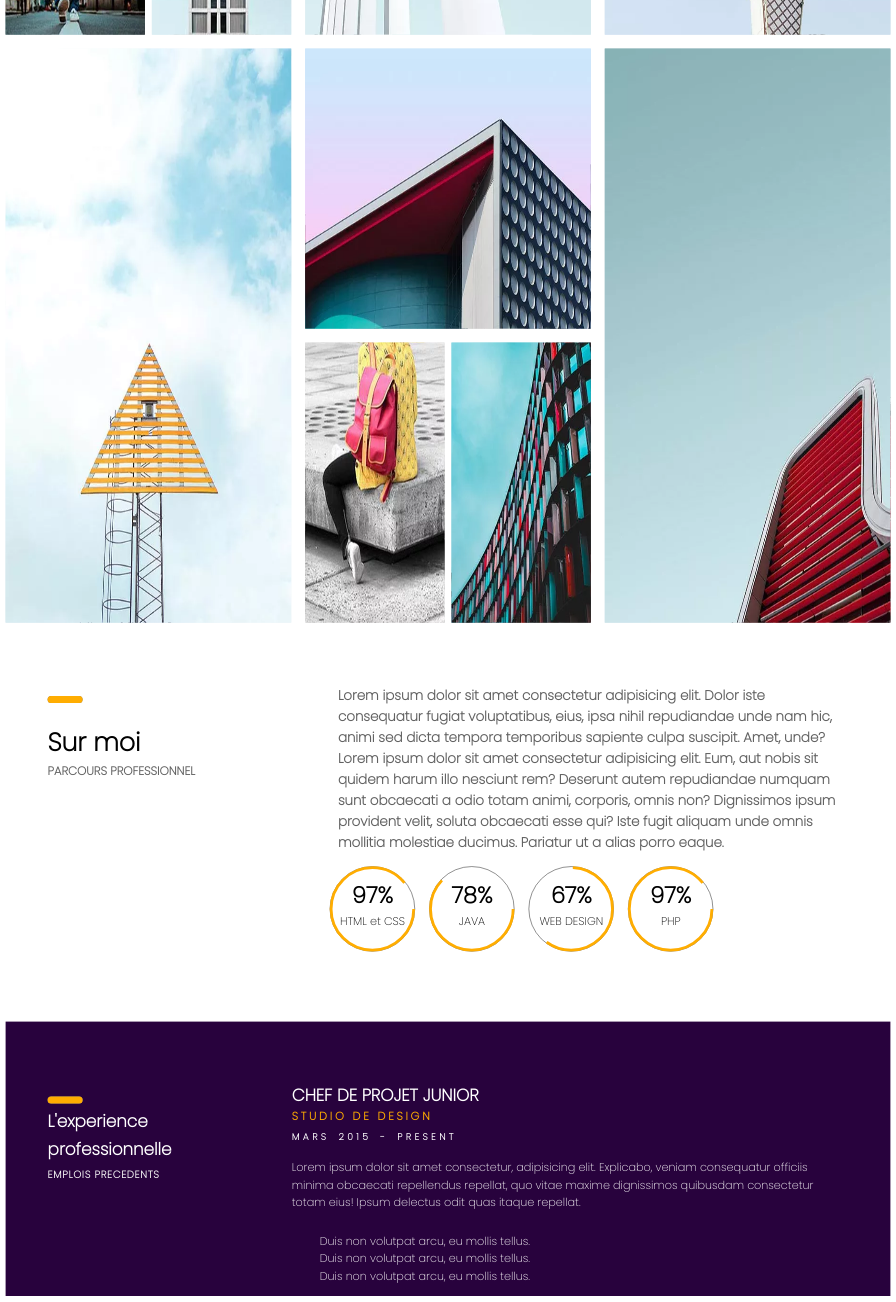
Repository: wadelfadill/CV_PORTFOLIO
Page: index.html
These files come from the project's save history. The page is drawn as it stood at one moment and after the next save; the edit follows.
The browser window is 1280 px wide. The pictures show the part of the page from y = 1798 to 3718 px (the page is 3658 px tall before and 3718 px after), at 70% of full size.
Some icons come from a web library that is not loaded, so they are not drawn. Backgrounds fixed to the window are drawn as part of the page.

Above is the page before, as saved 2023-03-16 12:02:24.

### index.html
<!DOCTYPE html>
<html lang="fr">
<head>
    <meta charset="UTF-8">
    <meta http-equiv="X-UA-Compatible" content="IE=edge">
    <meta name="viewport" content="width=device-width, initial-scale=1.0">
    <title>CV - Portfolio</title>
    <link rel="stylesheet" href="style.css">
    <link rel="stylesheet" href="path/to/font-awesome/css/font-awesome.min.css">
    <link href="/fontawesome/css/all.css" rel="stylesheet">
    <link href="/fontawesome/css/fontawesome.css" rel="stylesheet">
    <link href="/fontawesome/css/brands.css" rel="stylesheet">
    <link href="/fontawesome/css/solid.css" rel="stylesheet">
    <link rel="stylesheet" href="/fontawesome/css/regular.css">
    <link rel="preconnect" href="https://fonts.googleapis.com">
    <link rel="stylesheet" href="/fontawesome/css/all.min.css">
    <link rel='stylesheet' href='https://cdn-uicons.flaticon.com/uicons-brands/css/uicons-brands.css'>
    <link rel="stylesheet" href="https://cdn-uicons.flaticon.com/uicons-regular-straight/css/uicons-regular-straight.css">
<link rel="preconnect" href="https://fonts.gstatic.com" crossorigin>
<link href="https://fonts.googleapis.com/css2?family=Manrope&family=Montserrat&family=Poppins:wght@200&family=Roboto&display=swap" rel="stylesheet">
</head>
<body>
    <header>
        <div class="head">
            <div class="address">
                <div class="add-1">
                    <div class="add-icone"><i class="fi fi-rs-marker"></i></div>
                    <div class="add-text">3008, promenade Sarah <br> Franklin, LA 70538</div>
                </div>
                <div class="add-1">
                    <div class="add-icone"><i class="fi fi-rs-phone-call"></i></div>
                    <div class="add-text">337-4139538 <br> MIN - VEN, 8 AM - 19 PM</div>
                </div>
                <div class="add-1">
                    <div class="add-icone"><i class="fi fi-rs-messages"></i></div>
                    <div class="add-text">contact@gmail.com <br>REPONSE EN 24 HEURES</div>
                </div>
            </div>
            <div class="download">
                <a href="#" class="button">Telecharger CV</a>
            </div>
        </div>
        <div class="head_2">
           <div class="presentation">
            <div class="img">
                <img src="images/profile.jpg" alt="profile" class="profil">
                <h2>Michel SMith</h2>
                <h3 >Responsable d'Affaires</h3>
            </div>
            <div class="rest">
                <ul>
                    <li><b>NE :</b> 25 aout 1985</li>
                    <li class="courriel"><b>COURRIEL :</b> mymith@mywebpage.com</li>
                    <li><b>ETAT CIVIL :</b> Marie</li>
                </ul>
            </div>
            <div class="social">
                <ul class="social-reseau">
                    <li><a href=""><i class="fi fi-brands-pinterest"></i></a></li>
                    <li><a href=""><i class="fi fi-brands-linkedin"></i></a></li>
                    <li><a href=""><i class="fi fi-brands-instagram"></i></a></li>
                    <li><a href=""><i class="fi fi-brands-facebook"></i></a></li>
                    <li><a href=""><i class="fi fi-brands-twitter"></i></a></li>
                </ul>
            </div>

           </div>
        </div>
    </header>
    <main>
        <div class="portfolio">
            <div class="head-portfolio">
                <div class="title-portfolio">
                    <progress value="100" max="100" class="progress"></progress>
                    <h2>Portfolio</h2>
                    <h5>MON TRAVAIL</h5>
                </div>
                <div class="album-link" id="grid">
                    <a href="#grid"><b>TOUT</b></a>
                    <a href="#grid" class="web-link"><b>CREATION DE SITES WEB</b></a>
                    <a href="#grid"><b>L'IMAGE DE MARQUE</b></a>
                    <a href="#grid"><b>CONCEPTION GRAPHIQUE</b></a>
                </div>
            </div>
            <div class="grid">
                <div class="elem one web"><a href="images/portfolio_1.jpg"><img src="images/portfolio_1.jpg" alt=""></a></div>
                <div class="elem two"><a href="images/portfolio_2.jpg"> <img src="images/portfolio_2.jpg" alt=""></a></div>
                <div class="elem three web"><a href="images/portfolio_3.jpg"><img src="images/portfolio_3.jpg" alt=""></a></div>
                <div class="elem four">
                    <div class="four-1">
                        <a href="images/portfolio_4_1.jpg"><img src="images/portfolio_4_1.jpg" alt=""></a>
                    </div>
                    <div class="four-2">
                        <a href="images/portfolio_4_2.jpg"><img src="images/portfolio_4_2.jpg" alt=""></a>
                    </div>
                </div>
                <div class="elem five"><a href="images/portfolio_5.jpg"><img src="images/portfolio_5.jpg" alt=""></a></div>
                <div class="elem six"><a href="images/portfolio_6.jpg"><img src="images/portfolio_6.jpg" alt=""></a></div>
                <div class="elem seven web"><a href="images/portfolio_7.jpg"><img src="images/portfolio_7.jpg" alt=""></a></div>
                <div class="elem eight web"><a href="images/portfolio_8.jpg"><img src="images/portfolio_8.jpg" alt=""></a></div>
                <div class="elem nine">
                    <div class="nine-1">
                        <a href="images/portfolio_9_1.jpg"><img src="images/portfolio_9_1.jpg" alt=""></a>
                    </div>
                    <div class="nine-2">
                        <a href="images/portfolio_9_2.jpg"><img src="images/portfolio_9_2.jpg" alt=""></a>
                    </div>
                </div>
            </div>
        </div>
        <div class="parcou-pro">
            <div class="head-parcou-pro">
                <div class="title-parcou-pro">
                    <progress value="100" max="100" class="progress"></progress>
                    <h2>Sur moi</h2>
                    <h5>PARCOURS PROFESSIONNEL</h5>
                </div>
                <div class="parcou-pro-content">
                    <p>
                        Lorem ipsum dolor sit amet consectetur
                        adipisicing elit. Dolor iste consequatur
                        fugiat voluptatibus, eius, ipsa nihil
                        repudiandae unde nam hic, animi sed dicta
                        tempora temporibus sapiente culpa suscipit.
                        Amet, unde?
                        Lorem ipsum dolor sit amet consectetur adipisicing elit.
                        Eum, aut nobis sit quidem harum illo nesciunt rem?
                         Deserunt autem repudiandae numquam sunt obcaecati
                         a odio totam animi, corporis, omnis non?
                        Dignissimos ipsum provident velit, soluta obcaecati esse qui?
                         Iste fugit aliquam unde omnis mollitia molestiae ducimus.
                         Pariatur ut a alias porro eaque.
                    </p>
                </div>
            </div>
            <div class="competence-level">
                <div class="circle circle-1">
                    <svg>
                        <circle cx="95px" cy="86px" r="59px" fill="none"></circle>
                    </svg>
                    <div class="code">
                        <h1>97%</h1>
                        <p>HTML et CSS</p>
                    </div>
                </div>
                <div class="circle circle-2">
                    <svg>
                        <circle cx="95px" cy="86px" r="59px" fill="none"></circle>
                    </svg>
                    <div class="code">
                        <h1>78%</h1>
                        <p>JAVA</p>
                    </div>
                </div>
                <div class="circle circle-3">
                    <svg>
                        <circle cx="95px" cy="86px" r="59px" fill="none"></circle>
                    </svg>
                    <div class="code">
                        <h1>67%</h1>
                        <p>WEB DESIGN</p>
                    </div>
                </div>
                <div class="circle circle-4">
                    <svg>
                        <circle cx="95px" cy="86px" r="59px" fill="none"></circle>
                    </svg>
                    <div class="code">
                        <h1>97%</h1>
                        <p>PHP</p>
                    </div>
                </div>
            </div>
        </div>
        <div class="exp-pro">
            <div class="head-parcou-pro">
                <div class="title-exp-pro">
                    <progress value="100" max="100" class="progress"></progress>
                    <h2>L'experience <br> professionnelle</h2>
                    <h5>EMPLOIS PRECEDENTS</h5>
                </div>
                <div class="exp-pro-content">
                    <div class="exp-1">
                        <h2>CHEF DE PROJET JUNIOR</h2>
                        <h4>STUDIO DE DESIGN</h4>
                        <h5>MARS 2015 - PRESENT</h5>
                        <P>Lorem ipsum dolor sit amet consectetur, adipisicing elit.
                             Explicabo, veniam consequatur officiis minima obcaecati
                             repellendus repellat, quo vitae maxime dignissimos quibusdam
                              consectetur totam eius! Ipsum delectus odit quas itaque repellat.
                        </P>
                        <ul>
                            <li>Duis non volutpat arcu, eu mollis tellus.</li>
                            <li>Duis non volutpat arcu, eu mollis tellus.</li>
                            <li>Duis non volutpat arcu, eu mollis tellus.</li>
                        </ul>
                    </div>
                    <div>

                    </div>
                </div>
            </div>
        </div>
    </main>
    <footer>
    </footer>
</body>
</html>

### style.css
body{

    font-family: 'Poppins';
}
header{
    color: white;
    margin: 0;
    width: 100%;
    height: 530px;
    padding-top: 20px;
    background-image: linear-gradient(rgba(0, 0, 0, 0.4),
    rgba(0, 0, 0, 0.4)), url("images/background.jpg");
    background-size: cover;
    opacity: 1;
    background-attachment: fixed;
    z-index: 0;
    display: flex;
    justify-content: space-between;
    flex-direction: column;
    gap: 100px;
    margin-bottom: 250px;
}
.address{
    background-color: #FFAD01;
    padding: 20px;
    display: flex;
    justify-content: space-between;
    border-radius: 5px;
    z-index: 100;


}
.add-1{
    display: flex;
    justify-content: space-between;
    align-items: center;
    gap: 10px;
}
.head{
    display: flex;
    flex-direction: column;
    justify-content: space-between;
    gap: 40px;
    padding-left: 10%;
    padding-right: 10%;


}
.download{
   align-self: flex-end;
   margin: 0;
   height: 100px;
}
.download a{
    margin: 0;
    padding-top: 10px;
    padding-bottom: 10px;
    padding-right: 20px;
    padding-left: 20px;
    background-color: #FFAD01;
    align-self: flex-end;
    color: white;
    text-decoration: none;
    border-radius: 5px;

}
.download:hover {
    transform: translate(0, -5px);
    transition: 0.3s;
}

.profil{
    border-radius: 100%;
    position: relative;
    top: -80px;
    width: 200px;
    height: 200px;
    margin: -50px;
}
.add-icone i{
    font-size: 25px;
    font-weight: 500;
    font-style: normal;
}

.presentation{

    margin: auto;
    width: 50%;
    background-color: white;
    display: flex;
    flex-direction: column;
    align-items: center;
    color: black;
    margin-bottom: 100px;

}
.social-reseau a{
    display: inline-block;
    color: white;
    text-decoration: none;
    background-color: #887392;
    width: 35px;
    height: 35px;
    border-radius: 20px;
    line-height: 35px;

}
.social-reseau a i{
    display: inline-block;
    width: 14px;
    height: 23px;
    margin: auto;
    margin-left: 10px;
    margin-top: 2px;
}
.social{
    margin: 0;
    padding: 0;
}
.social-reseau{
    margin-left: 0;
    padding: 0;
    display: flex;
    justify-content: flex-start;
    gap: 20px;
    align-items: flex-start;

}
li{
    list-style: none;
}
.img{
    line-height: 30px;
    display: flex;
    flex-direction: column;
    justify-content: flex-start;
    align-items: center;
}
.img h2{
    word-spacing: 10px;
    letter-spacing: 5px;
    font-weight: 1500;
    margin: 0;
}
.img h3{
    margin: 0;
    color: #FFAD01;
}
.courriel{
    position: relative;
    left: -50px;

}
.social-reseau a:hover{
    background-color: #FFAD01;
    transition: .2s;
    transform: scale(1.1);
}
.title-portfolio h2, .title-portfolio h5, .title-parcou-pro h2, .title-parcou-pro h5{
    margin: 0;
    padding: 0;

}
.title-portfolio h2, .title-parcou-pro h2{
    padding-top: 30px;
}
.title-portfolio, .title-parcou-pro{
    font-size: 1.5em;
    line-height: 40px;

}
.title-portfolio h5, .title-parcou-pro h5{
    color:#0000009e;
    font-size: 0.7em;
}
.album-link{
    padding-top: 50px;
}
.album-link a{
    color: black;
    text-decoration: none;
    margin: 10px;
    font-size: 1.2em;
    font-weight: 900;
}
.album-link a:link{
    color: black;
}
/* .album-link a:visited{
    color: #FFAD01;
} */
.album-link a:active{
    color: #FFAD01;
}
.head-portfolio{
    display: flex;
    flex-direction: row;
    justify-content: flex-start;
    align-items: last baseline;
    gap: 20%;
    margin-left: 60px;
}
.progress{
    width: 50px;
    appearance: none;
    height: 10px;
}
.progress::-webkit-progress-value{
    border-radius: 10px;
    background-color: #FFAD01;
}
.progress::-webkit-progress-bar{
    border-radius: 10px;
}
.album-link a:hover{
    color: #FFAD01;
}
.grid{
    margin-top: 70px;
    display: grid;
    grid-template-columns: 1fr 1fr 1fr;
    grid-template-rows: 400px 400px 400px 400px;
    column-gap: 20px;
    row-gap: 20px;
}
.two{
    grid-row: 1/3;
    background: url("images/portfolio_2.jpg");
    background-size: cover;
    background-position: center;
    grid-column-start: 2;
}
.one{
    background: url("images/portfolio_1.jpg");
    background-size: cover;
    background-position: center;
}
.elem a img, .four-1 a img, .four-2 a img, .nine-1 a img, .nine-2 a img{
    width: 100%;
    height: 100%;
}
.elem a:active{
    transition: 0.3s;
}
.elem a:active img{
    background-color: rgba(0, 0, 0, 0.45);
}
.three{
    background: url("images/portfolio_3.jpg");
    background-size: cover;
    background-position: center;
}
.four{
    display: flex;
    justify-content: space-between;
    gap: 10px;
}
.four-1{
    width: 90%;
    height: 400px;
    background: url("images/portfolio_4_1.jpg");
    background-size: cover;
    background-position: center;
}
.four-2{
    width: 90%;
    height: 400px;
    background: url("images/portfolio_4_2.jpg");
    background-size: cover;
    background-position: center;
}
.five{
    background: url("images/portfolio_5.jpg");
    background-size: cover;
    background-position: center;
}
.six{
    grid-row: 3/5;
    grid-column-start: 1;
    background: url("images/portfolio_6.jpg");
    background-size: cover;
    background-position: center;
}
.seven{
    background: url("images/portfolio_7.jpg");
    background-size: cover;
    background-position: center;
}
.eight{
    grid-row: 3/5;
    grid-column-start: 3;
    background: url("images/portfolio_8.jpg");
    background-size: cover;
    background-position: center;
}
.nine{
    display: flex;
    justify-content: space-between;
    gap: 10px;

}
.nine-1{
    width: 90%;
    height: 400px;
    background: url("images/portfolio_9_1.jpg");
    background-size: cover;
    background-position: center;
}
.nine-2{
    width: 90%;
    height: 400px;
    background: url("images/portfolio_9_2.jpg");
    background-size: cover;
    background-position: center;
}
.head-parcou-pro{
    display: flex;
    flex-direction: row;
    justify-content: flex-start;
    align-items: first baseline;
    gap: 15%;
    margin-left: 60px;
    margin-right: 60px;
}
.title-parcou-pro{
    width: 30%;
}
.parcou-pro-content{
    width: 90%;
    font-size: 1.2em;
    font-weight: 700;
    line-break: auto;
    line-height: 30px;
    text-align: left;
    color: #0000009e;

}
.parcou-pro{
    margin-top: 70px;
    margin-bottom: 100px;
}
.progress-competence{
    appearance: none;
    height: 13px;

}
.circle{
    width: 120px;
    height: 120px;
    border-radius: 100px;
    border: 1px solid #0000009e;
    margin: 0;
    padding: 0;
}
/*
.circle::after{
    position: absolute;
    content: '';
    top: -4px;
    left: -4px;
    right: -4px;
    bottom: -4px;
    width: 200px;
    height: 200px;
    border-radius: 50%;
    border: 4px solid #FFAD01;
    margin: 0;
    padding: 0;


} */

.competence-level{
    width: 80%;
    display: flex;
    flex-direction: row;
    justify-content: flex-end;
    gap: 20px;
    margin-right: 100px;
}
.circle-1 svg circle{
    display: block;
    margin: auto;
    stroke: #FFAD01;
    stroke-dasharray: 350;
    stroke-dashoffset: 350;
    stroke-width: 4px;
    bottom: 20px;
    right: 20px;
    animation: circle 2s forwards;
}
.circle-2 svg circle{
    display: block;
    margin: auto;
    stroke: #FFAD01;
    stroke-dasharray: 250;
    stroke-dashoffset: 190;
    stroke-width: 4px;
    bottom: 20px;
    right: 20px;
    animation: circle 2s forwards;
}
.circle-3 svg circle{
    display: block;
    margin: auto;
    stroke: #FFAD01;
    stroke-dasharray: 150;
    stroke-dashoffset: 1;
    stroke-width: 4px;
    bottom: 20px;
    right: 20px;
    animation: circle 2s forwards;
}
.circle-4 svg circle{
    display: block;
    margin: auto;
    stroke: #FFAD01;
    stroke-dasharray: 350;
    stroke-dashoffset: 1;
    stroke-width: 4px;
    bottom: 20px;
    right: 20px;
    animation: circle 2s forwards;
}
svg{
    transform: translate(-35px, -26px);

}
@keyframes circle{
    to{
        stroke-dashoffset: 20;
    }
}
.code{
    position: relative;
    bottom: 140px;

    text-align: center;

}
.code h1{
    padding: 0;
    margin: 0;
}
.code p{
    padding: 0;
    margin: 0;
}
.exp-pro{
    background-color: #28023D;
    padding-top: 90px;
    color: white;
}
.head-exp-pro{
    display: flex;
    flex-direction: row;
    justify-content: flex-start;
    align-items: baseline;
    gap: 15%;
    margin-left: 60px;
    margin-right: 60px;
}
.title-exp-pro h2{
    font-size: 1.5em;
    line-height: 40px;
    padding: 0;
    margin: 0;
}
.title-exp-pro h5{
    color:whitesmoke;
    font-size: 0.9em;
    padding: 0;
    margin: 0;
    letter-spacing: 1px;
}
.title-exp-pro{
    line-height: 30px;
}
.-exp-pro-content{

}
.exp-1 h2, .exp-1 h4, .exp-1 h5{
    margin: 0;
    padding: 0;
    line-height: 30px;
}
.exp-1 h4{
    color: #FFAD01;
    letter-spacing: 4px;
}
.exp-1 h5{
    word-spacing: 4px;
    letter-spacing: 5px;
}
.exp-1 ul{
    margin-top: 30px;
    list-style-type: disc;
    list-style: disc;
}

Loaded but not shown: fontawesome/css/all.css (library); fontawesome/css/fontawesome.css (library); fontawesome/css/solid.css (common file); fontawesome/css/regular.css (common file); fontawesome/css/all.min.css (library); fontawesome/css/brands.css (1522 lines, source omitted)

After the next save:
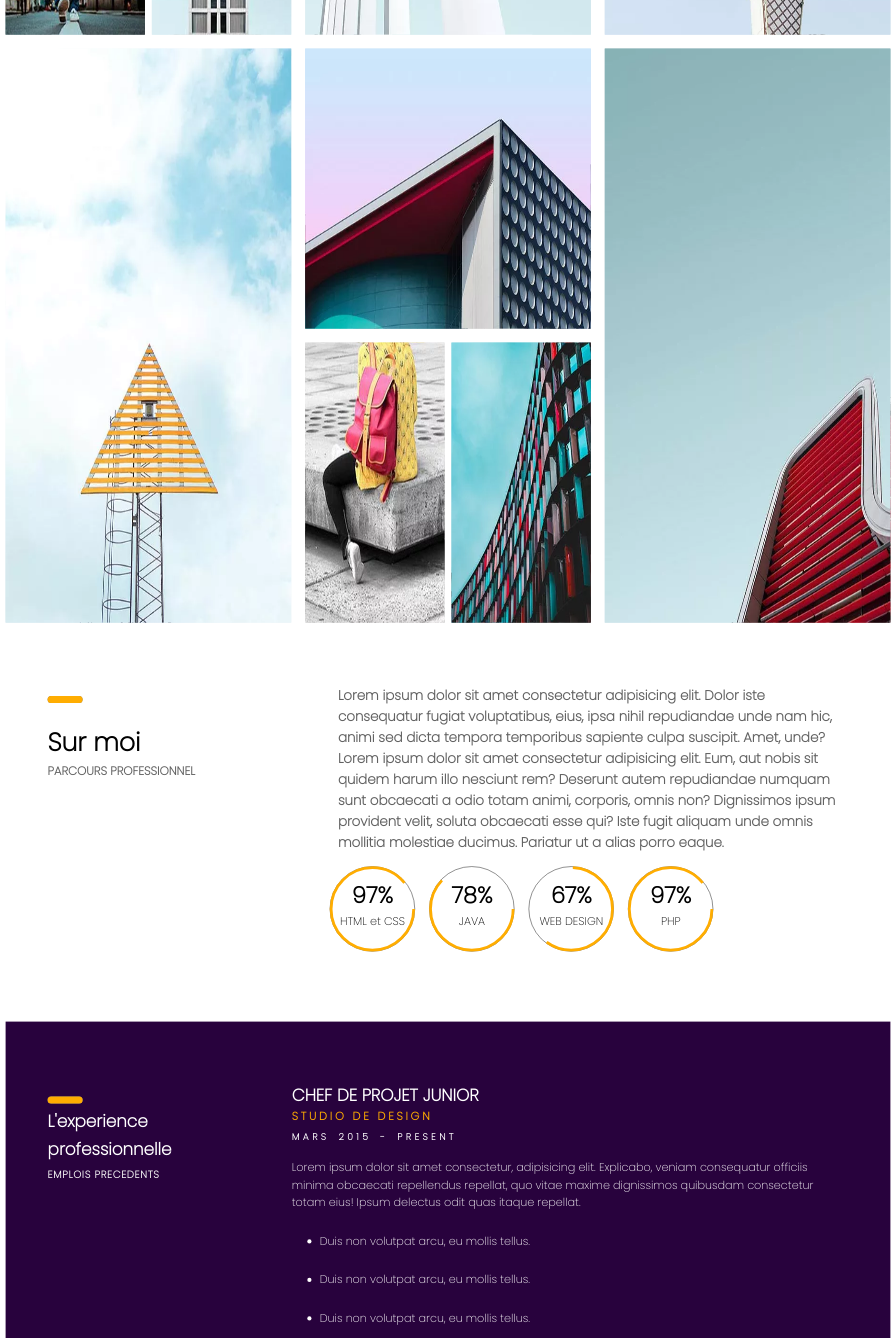
Saved 24 s later.
--- a/style.css
+++ b/style.css
@@ -493,7 +493,7 @@
     word-spacing: 4px;
     letter-spacing: 5px;
 }
-.exp-1 ul{
+.exp-1 ul, .exp-1 li{
     margin-top: 30px;
     list-style-type: disc;
     list-style: disc;

After the save that followed:
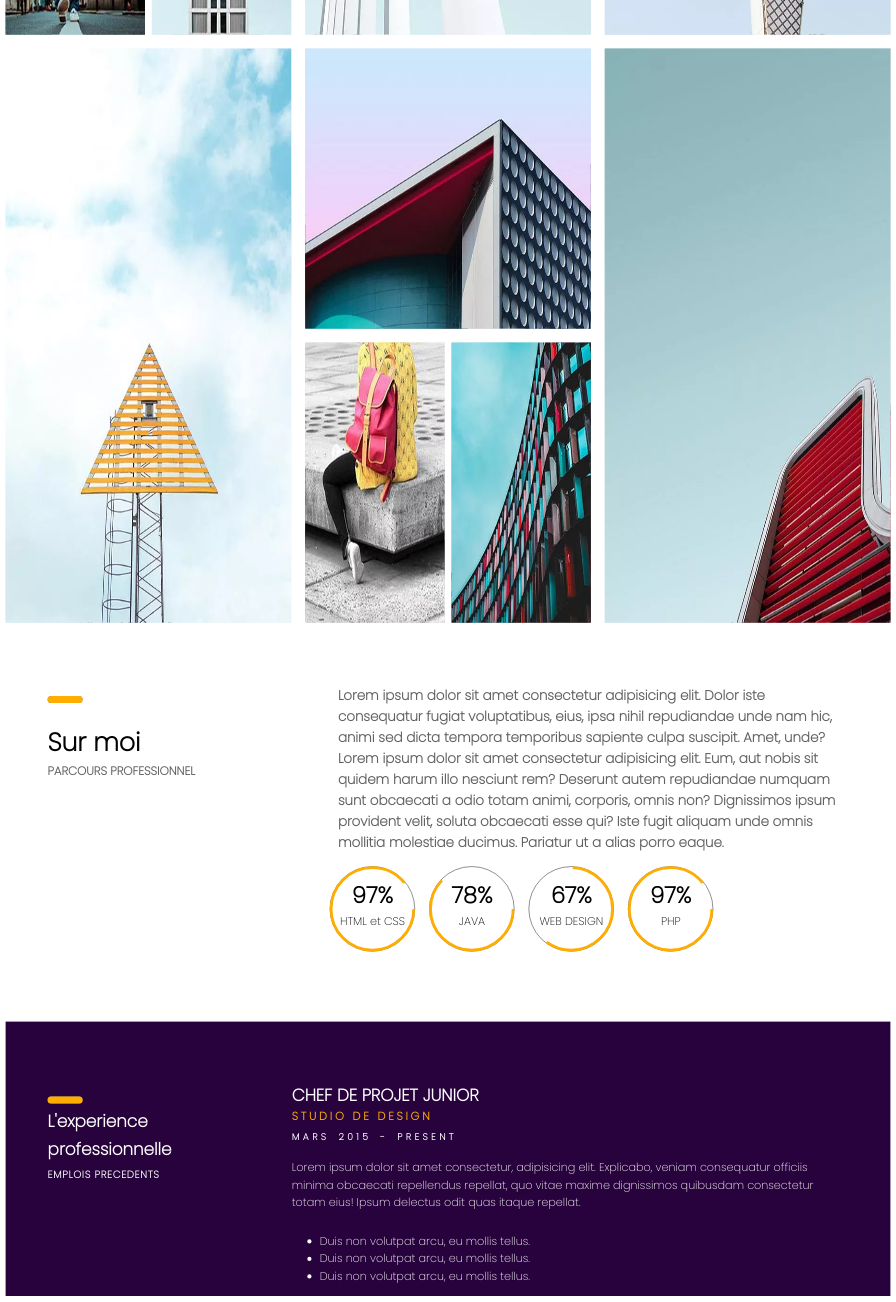
Saved 57 s later.
--- a/style.css
+++ b/style.css
@@ -493,8 +493,11 @@
     word-spacing: 4px;
     letter-spacing: 5px;
 }
-.exp-1 ul, .exp-1 li{
+.exp-1 ul{
     margin-top: 30px;
-    list-style-type: disc;
+
+}
+.exp-1 li{
+    list-style-type: circle;
     list-style: disc;
 }
